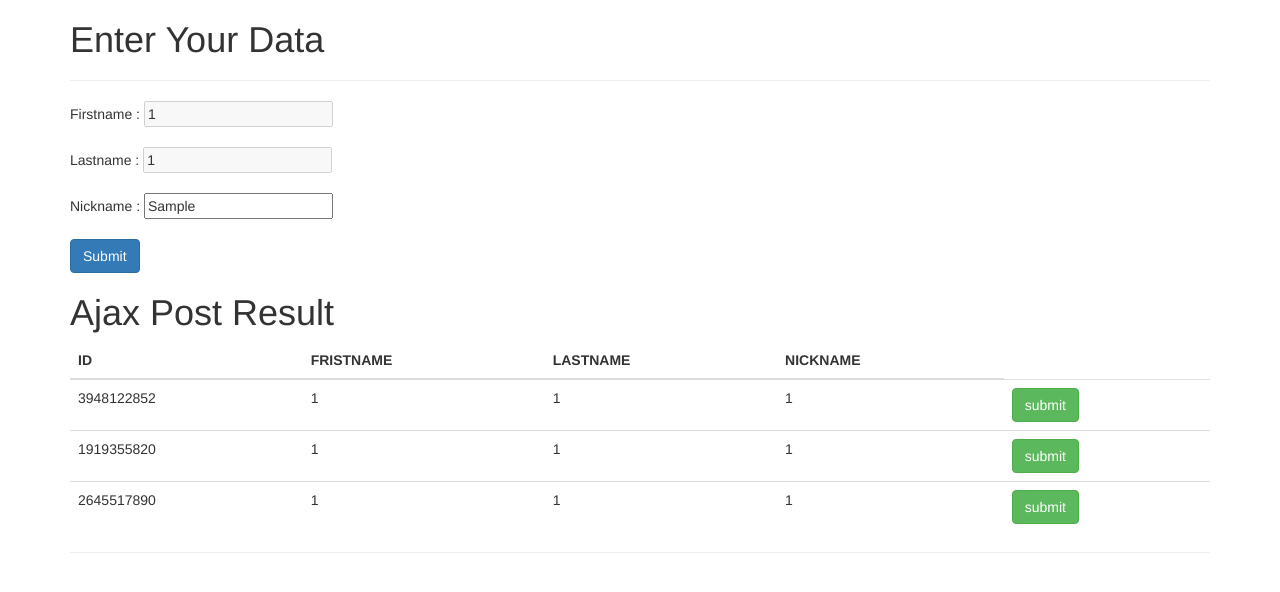
Repository: chumpornza/php_jquery
Page: http://localhost/
The author's editor kept a record of every edit. The page is drawn from the files as they stood at one moment, then again after the next edit.
The browser window is 1280 px wide. The pictures show the whole page.
Empty fields were first filled with sample values (such as "Sample", 5 or name@example.com).
After loading, the first visible `#btnShow_3948122852` was clicked once.
The page is run by PHP 8.4 with error messages shown; the project is at /var/www/html/.

Above is the page before.

### index.php
<!DOCTYPE html>
<html>
<head>
    <script src="https://ajax.googleapis.com/ajax/libs/jquery/2.2.4/jquery.min.js"></script>
    <meta charset="utf-8">
    <meta name="viewport" content="width=device-width, initial-scale=1">
    <link rel="stylesheet" href="https://maxcdn.bootstrapcdn.com/bootstrap/3.4.0/css/bootstrap.min.css">
    <script src="https://ajax.googleapis.com/ajax/libs/jquery/3.4.1/jquery.min.js"></script>
    <script src="https://maxcdn.bootstrapcdn.com/bootstrap/3.4.0/js/bootstrap.min.js"></script>
    <script src="/list.js"></script>
     <script src="/show.js"></script>
    <script src="/create.js"></script>
</head>
<body>
    <div class="container">

    <h1>Enter Your Data</h1>
    <hr>
    Firstname : <input type="text" name="firstname" id="firstname"><br><br>
    Lastname : <input type="text" name="lastname" id="lastname"><br><br>
    Nickname : <input type="text" name="nickname" id="nickname"><br><br>
    <input type="submit" value="Submit" id="btnSave" name="btnSave" class="btn btn-primary"/>
    <h1>Ajax Post Result</h1>
    <div id="resultDiv"></div>
    <hr>
    <div id='showDiv'></div>
    <script type="text/javascript">
        documentTag = $(document);
        readyFunction = function() {
            lists = listsFunction();
            btnSave = $("#btnSave");
            btnSaveOnClick = btnSave.click(btnSaveFunction);
        };
        documentTagReady = documentTag.ready(readyFunction);
    </script>
    </div>

</body>
</html>

### list.php
<?php
    $rows =  file_get_contents("results.json"); // return type string
    echo($rows);
?>

### results.json
[{"id":3948122852,"firstname":"1","lastname":"1","nickname":"1"},{"id":1919355820,"firstname":"1","lastname":"1","nickname":"1"},{"id":2645517890,"firstname":"1","lastname":"1","nickname":"1"}]

### list.js
listsFunction = function() {
    url = "/list.php";
    successFunction = function(result) {
        var resultDiv = $("#resultDiv");
        var objs = $.parseJSON(result);
        var txtResults = "";
        txtResults += "<table class='table'>";
        txtResults += "<thead>";
        txtResults += "<tr>";
        txtResults += "<th>ID</th>";
        txtResults += "<th>FRISTNAME</th>";
        txtResults += "<th>LASTNAME</th>";
        txtResults += "<th>NICKNAME</th>";
        txtResults += "</tr>";
        txtResults += "<tbody>";
        var i;
        var objectLength = objs.length;
        for (i = 0; i < objectLength; i++) {

            var lineHtml = '';

            var currentItem = objs[i];
            var currentId = currentItem['id'];
            var currentFirstName = currentItem['firstname']
            var currentLastName = currentItem['lastname'];
            var currentNickname = currentItem['nickname'];

            lineHtml += "<tr>";

            var idString = "<td>"+currentId+"</td>";
            lineHtml += idString;

            var firstnameString = "<td>"+currentFirstName+"</td>";
            lineHtml += firstnameString;

            var lastnameString = "<td>"+currentLastName+"</td>";
            lineHtml += lastnameString;

            var nicknameString = "<td>"+currentNickname+"</td>";
            lineHtml += nicknameString;
            var buttonId = 'btnShow_'+currentId;
            //console.log(buttonId);
            lineHtml += "<td>";
            var inputTag = "<input type='submit' value='submit' class='btn btn-success' ";
            inputTag += "id='"+buttonId+"'";
            inputTag += " />";
            //console.log(inputTag);
            //console.log("====================================================");
            lineHtml += inputTag;
            lineHtml += "</td>";
            lineHtml += "</tr>";

            txtResults += lineHtml;
        }
        txtResults += "</tbody>";
        txtResults += "</table>";
        resultDivText = resultDiv.html(txtResults);
        showIdFunction = function(event) {
            var eventParam = event;
            var targetObj = eventParam.target;
            var id = targetObj['id'].slice(8,18);
            var resultData;
            for(i=0;i<objs.length;i++) {
                if(id == String(objs[i]['id'])) {
                    resultData = objs[i];
                }
            }

            firstname = $("#firstname");
            fistnameShow = firstname.val(resultData['firstname']);
            firstnameDisabled = firstname.prop('disabled',true);

            lastname = $("#lastname");
            lastnameShow = lastname.val(resultData['lastname']);
            lastnameDisabled = lastname.prop('disabled',true);

            lastname = $("#lastname");
            lastnameShow = lastname.val(resultData['lastname']);
            lastnameDisabled = lastname.prop('disabled',true);


        }
        var i = 0;
        var btns = [];
        var btnsOnClicks = [];
        for(i;i<objs.length;i++) {
            buttonId = "btnShow_"+objs[i]['id'];
            btns[i] = $("#"+buttonId);
            btnsOnClicks[i] = btns[i].click(showIdFunction);
        }
    }
    ajaxParams = {
        type: "GET",
        url: url,
        success: successFunction
    }
    callAjax = $.ajax(ajaxParams);
};

### show.js
showFunctionS = function(idParam) {
    console.log("show="+idParam);
};

### create.js
btnSaveFunction = function() {
    firstnameTag = $("#firstname");
    firstname = firstnameTag.val();
    lastnameTag = $("#lastname");
    lastname = lastnameTag.val();
    nicknameTag = $("#nickname");
    nickname = nicknameTag.val();
    url = "/update.php?firstname="+firstname+"&"+"lastname="+lastname+"&"+"nickname="+nickname
    successFunction = function(result) {
        console.log(result);
    resultDiv = $("#resultDiv");
        resultDivText = resultDiv.text(result);
    }
    ajaxParams = {
        type: "GET",
        url: url,
        success: successFunction
    }
    callAjax = $.ajax(ajaxParams);
};

After the next edit:
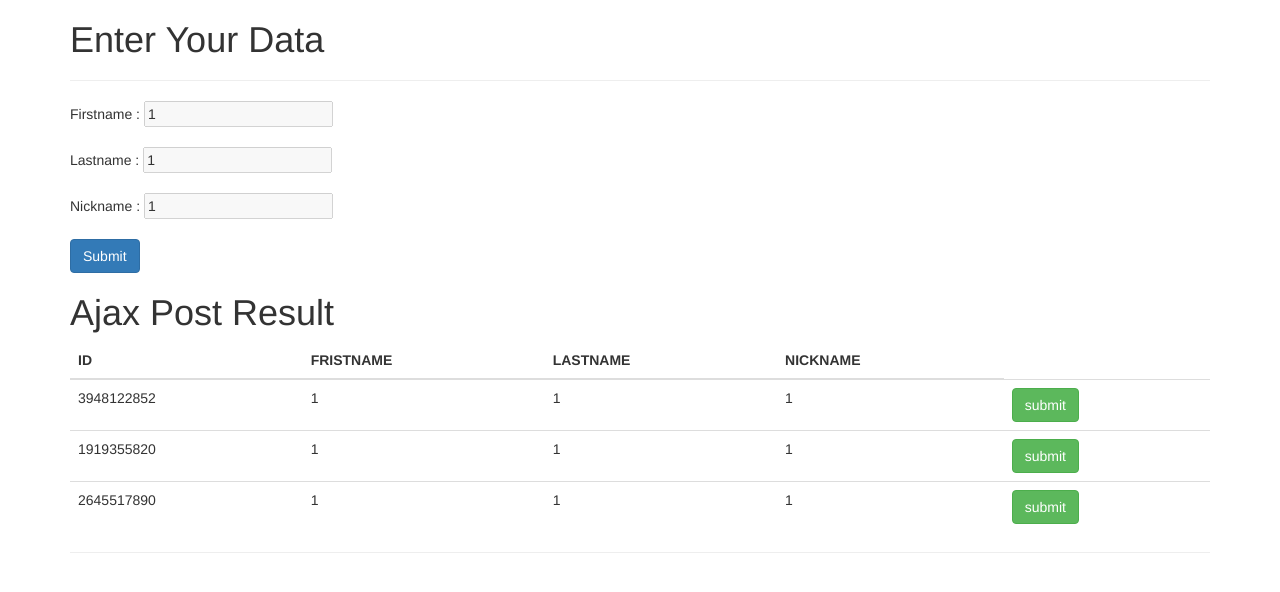
The edit:
--- a/list.js
+++ b/list.js
@@ -74,9 +74,9 @@
             lastnameShow = lastname.val(resultData['lastname']);
             lastnameDisabled = lastname.prop('disabled',true);
 
-            lastname = $("#lastname");
-            lastnameShow = lastname.val(resultData['lastname']);
-            lastnameDisabled = lastname.prop('disabled',true);
+            nickname = $("#nickname");
+            nicknameShow = nickname.val(resultData['nickname']);
+            nicknameDisabled = nickname.prop('disabled',true);
 
 
         }
